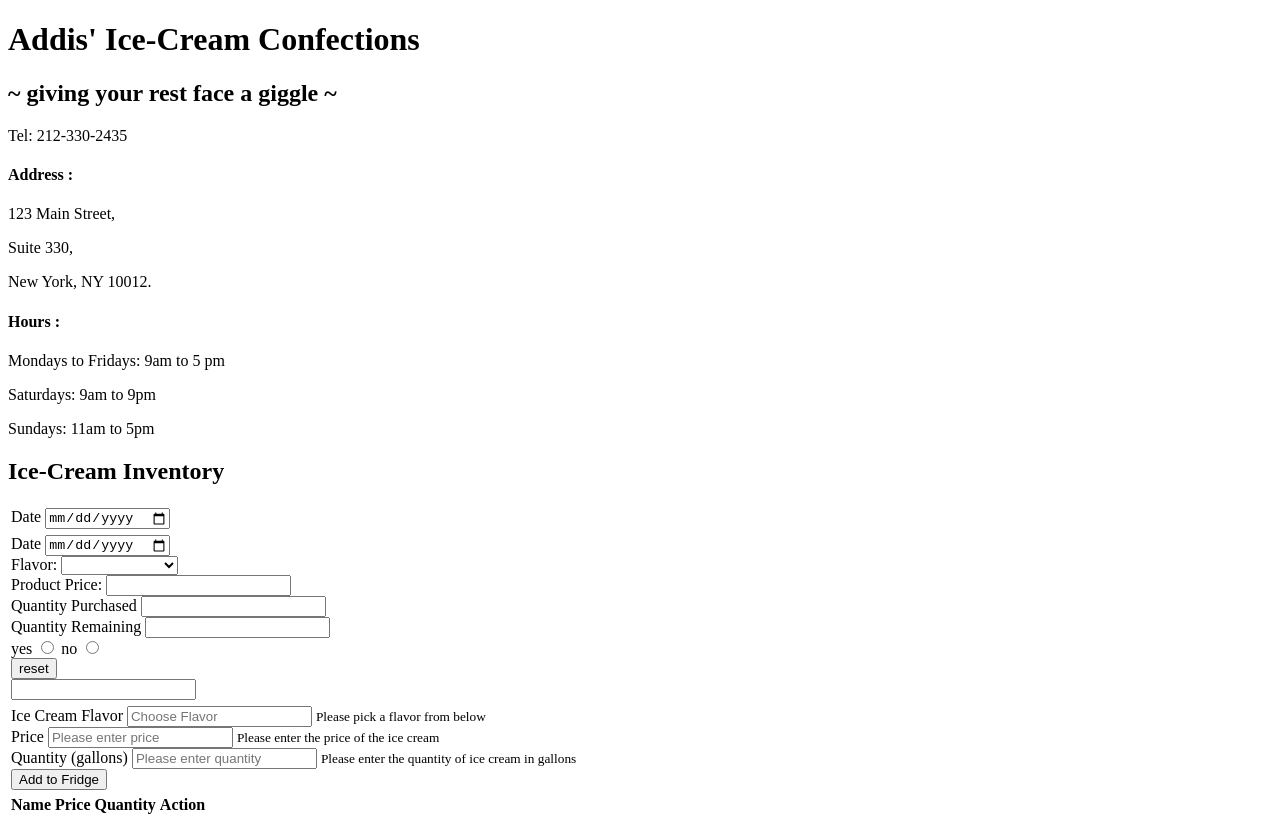
Repository: addisjackson/inventory-web-application
Page: index.html
These files come from the project's save history. The page is drawn as it stood at one moment and after the next save; the edit follows.
The browser window is 1280 px wide. The pictures show the whole page.

Above is the page before, as saved 2023-07-05 18:07:55.

After the next save:
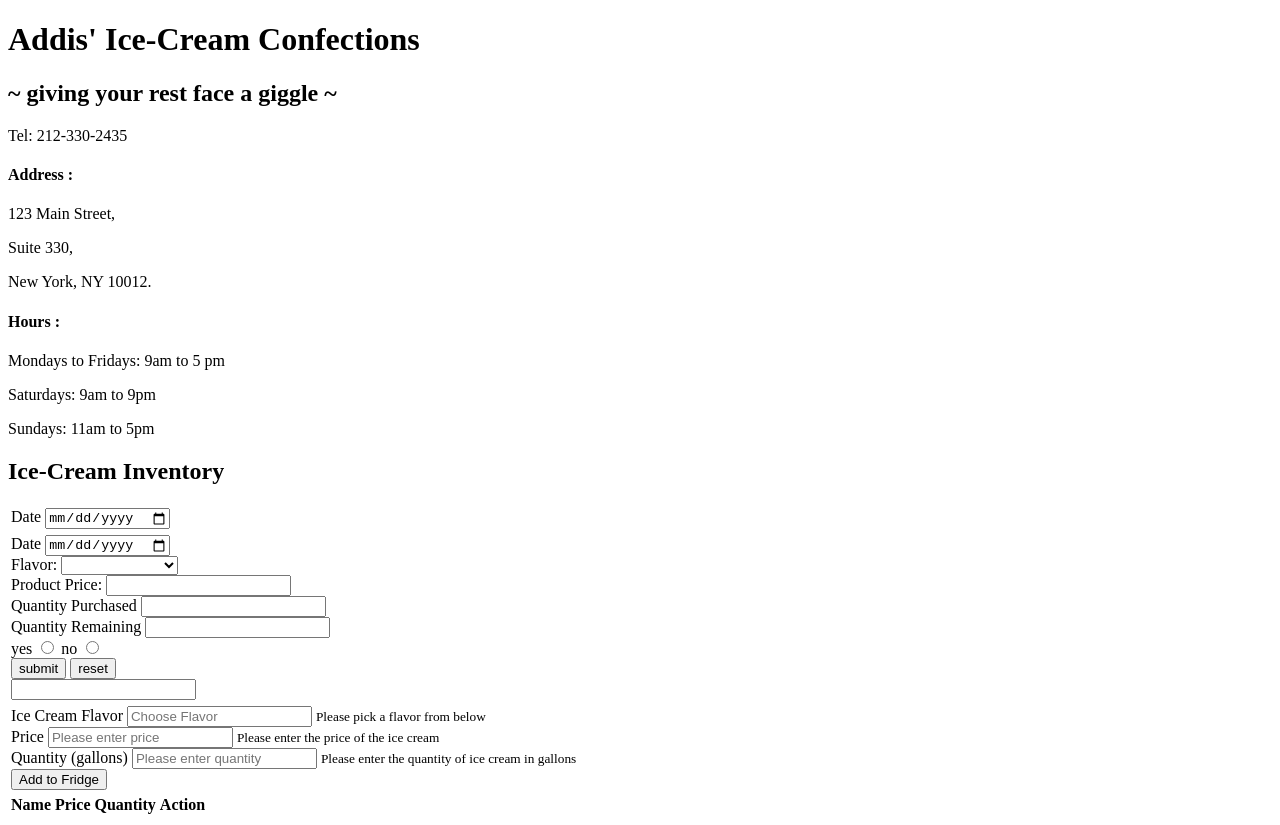
Saved 14 s later.
--- a/index.html
+++ b/index.html
@@ -114,7 +114,7 @@
                             <input type="radio" id="noorder" name="order">
                         </div>
 
-                        <div class="form_action-button>
+                        <div class="form_action-button">
                             <input type="submit" value="submit">
                             <input type="reset" value="reset">
                         </div>
